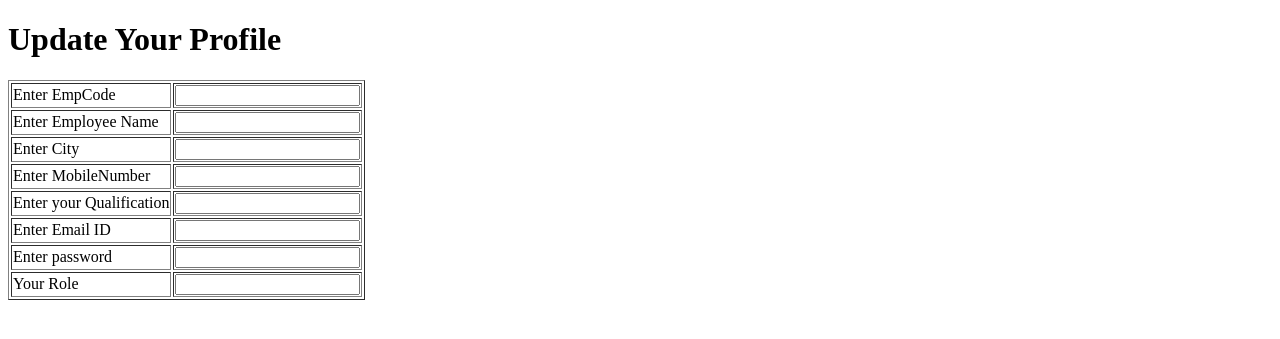
Repository: nehakunwar/SkillMap_Projects
Page: http://localhost/WebNaukariServletJspApp/WEB-INF/views/updateUserProfile.jsp
The author's editor kept a copy of each file at every save. The page is drawn from the files as they stood at one save, then again after the next save.
The browser window is 1280 px wide. The pictures show the whole page.
The page is served by Tomcat 9. Nobody is signed in. Other server files are loaded and not shown. The template is opened directly, without the code that normally fills it, so the values that code supplies are empty.

Above is the page before, as saved 2018-07-27 15:25:37.

### WebNaukariServletJspApp/WebContent/WEB-INF/views/updateUserProfile.jsp
<%@ page language="java" contentType="text/html; charset=ISO-8859-1"
    pageEncoding="ISO-8859-1"%>
<!DOCTYPE html PUBLIC "-//W3C//DTD HTML 4.01 Transitional//EN" "http://www.w3.org/TR/html4/loose.dtd">
<html>
<head>
<meta http-equiv="Content-Type" content="text/html; charset=ISO-8859-1">
<title>Insert title here</title>
</head>
<body>


<h1><b>Update Your Profile</b></h1>

		<table style="with: 50%" border="1">

			<tr>
				<td>Enter EmpCode</td><td><input type="text" name="empid" value="${requestScope.employee.empId}" readonly="readonly"></td>
			</tr>
				<tr>
				<td>Enter Employee Name</td><td><input type="text" name="empname" value="${requestScope.employee.empName}"/></td>
			</tr>
			<tr>
				<td>Enter City</td>  <td><input type="text" name="city" value="${requestScope.employee.city}"/></td>
			</tr>
			<tr>
			<td>Enter MobileNumber</td><td><input type="text" name="number" value="${requestScope.employee.contactNumber}"/></td>
			</tr>
			<tr>
				<td>Enter your Qualification</td><td><input type="text" name="empqualification" value="${requestScope.employee.empQualification}"/></td>
			</tr>
			<tr>
				<td>Enter Email ID </td><td><input type="text" name="email" value="${requestScope.employee.empEmail}"/></td>
			</tr>
			<tr>
				<td>Enter password</td><td><input type="text" name="password" value="${requestScope.employee.password}" /></td>
			</tr>
			<tr><td> Your Role</td>
                    <td><input type="text" name="role"  value="${requestScope.employee.role}" readonly="readonly"/></td>


                </tr>
		</table>

</body>
</html>

After the next save:
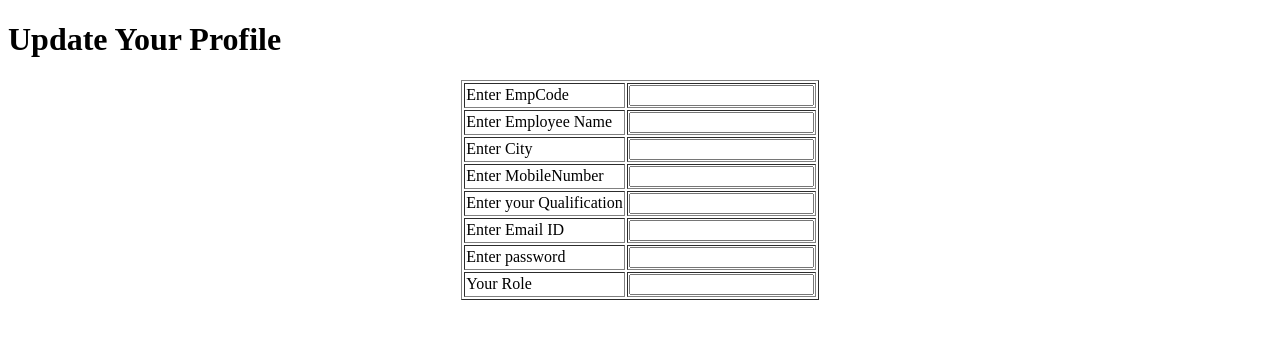
Saved 30 s later.
--- a/WebNaukariServletJspApp/WebContent/WEB-INF/views/updateUserProfile.jsp
+++ b/WebNaukariServletJspApp/WebContent/WEB-INF/views/updateUserProfile.jsp
@@ -11,7 +11,7 @@
 
 <h1><b>Update Your Profile</b></h1>
 
-		<table style="with: 50%" border="1">
+		<table style="with: 50%" border="1" align="center">
 
 			<tr>
 				<td>Enter EmpCode</td><td><input type="text" name="empid" value="${requestScope.employee.empId}" readonly="readonly"></td>
